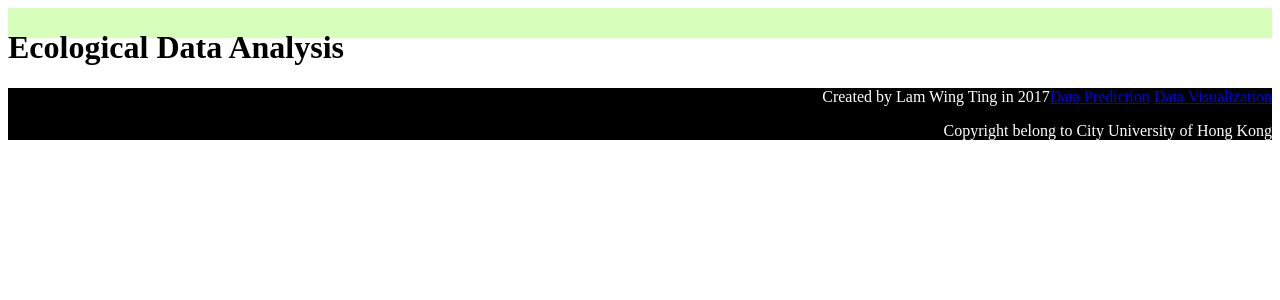
Repository: JenniferLam/FYP
Page: http://localhost/FYP_webapp/prediction/dataPred.html
These files come from the project's save history. The page is drawn as it stood at one moment and after the next save; the edit follows.
The browser window is 1280 px wide. The pictures show the whole page.
The page is served by Tomcat 9.

Above is the page before, as saved 2018-01-28 21:37:02.

After the next save:
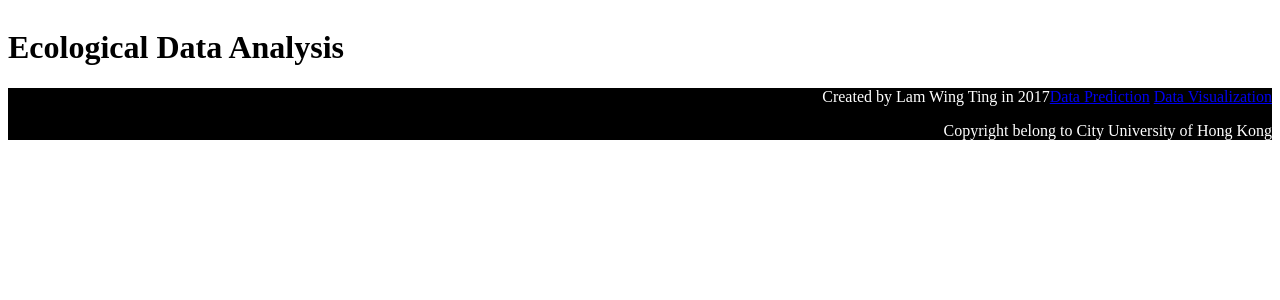
Saved 13 s later.
--- a/WebAppDev/FYP_webapp/WebContent/common.css
+++ b/WebAppDev/FYP_webapp/WebContent/common.css
@@ -1,5 +1,4 @@
 #header{
-	background-color:rgb(215, 255, 187);
 	float:left;
 	width:100%;
 	height:30px;
